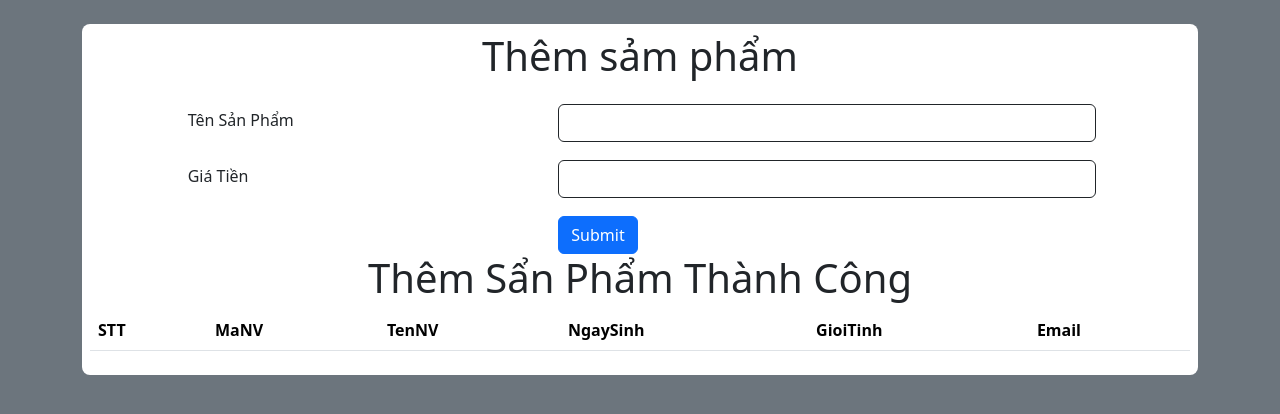
Repository: HT-35/iuh
Page: thi GK/index.html
An editor plug-in stored every save of this project. The page is shown before and after the next save, followed by the edit.
The browser window is 1280 px wide. The pictures show the whole page.

Above is the page before, as saved 2024-03-28 07:01:50.

After the next save:
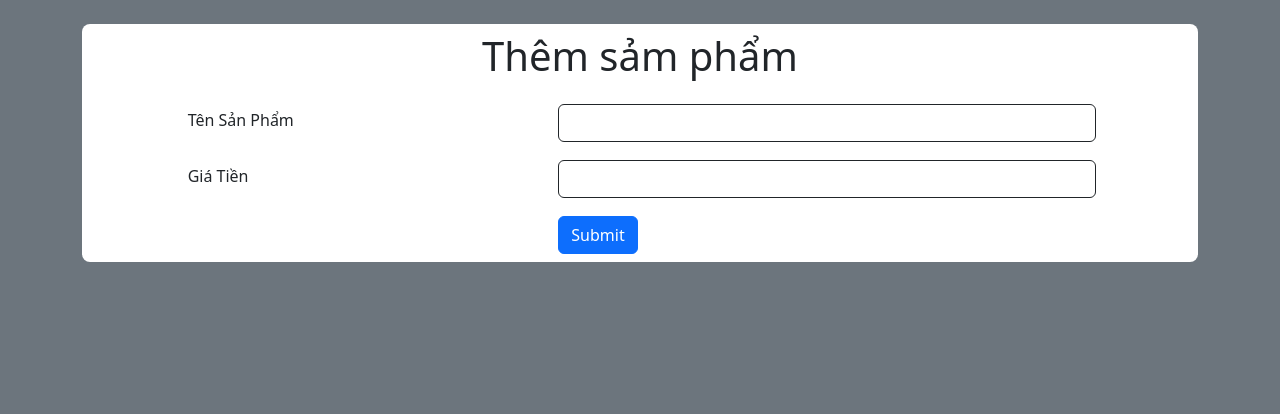
Saved 21 s later.
--- a/thi GK/index.html
+++ b/thi GK/index.html
@@ -60,7 +60,7 @@
           </div>
 
           <div class="insertData">
-            <div class="title col-12 col-sm-12 col-md-12 col-lg-12">
+            <!-- <div class="title col-12 col-sm-12 col-md-12 col-lg-12">
               <h1 class="text-center">Thêm Sẩn Phẩm Thành Công</h1>
             </div>
             <div class="table-responsive">
@@ -75,8 +75,8 @@
                     <th>Email</th>
                   </tr>
                 </thead>
-                <tbody id="insertData">
-                  <!-- <tr>
+                <tbody id="insertData"> -->
+            <!-- <tr>
                                       <th scope="row">1</th>
                                       <td>iphone 15</td>
                                       <td>15.000.000</td>
@@ -85,18 +85,18 @@
                                       <td>15.000.000</td>
                                     </tr> -->
 
-                </tbody>
-              </table>
-            </div>
+            </tbody>
+            </table>
           </div>
-        </form>
-        <div id="result"></div>
       </div>
-
+      </form>
+      <div id="result"></div>
     </div>
 
+  </div>
 
-    <!-- <div class="col-sm-3 col-md-3 col-lg-3"></div> -->
+
+  <!-- <div class="col-sm-3 col-md-3 col-lg-3"></div> -->
   </div>
 
 
